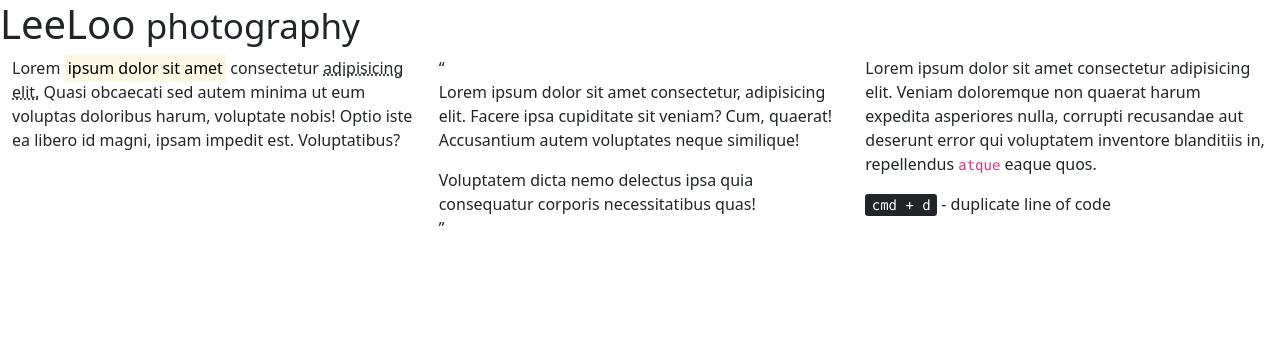
Repository: Zyzik-33/bootstrap-test
Page: index.html
The author's editor kept a copy of each file at every save. The page is drawn from the files as they stood at one save, then again after the next save.
The browser window is 1280 px wide. The pictures show the whole page.

Above is the page before, as saved 2021-01-27 14:52:21.

After the next save:
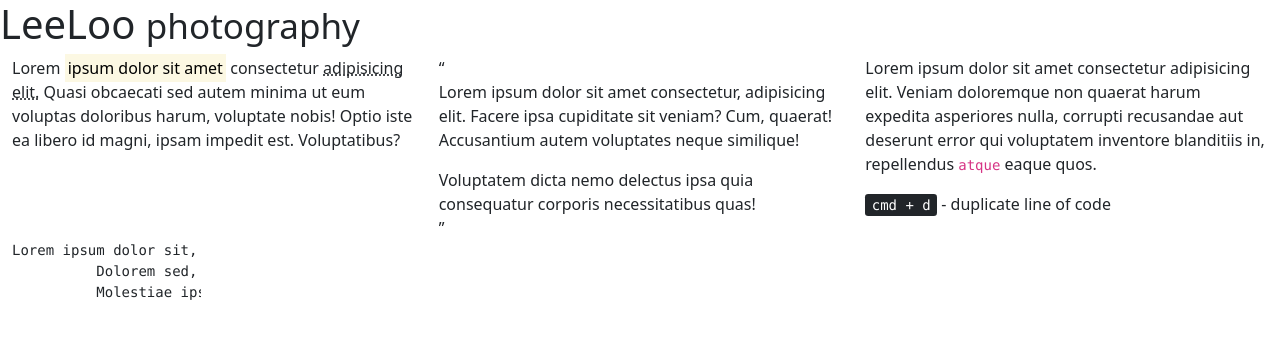
Saved 24 s later.
--- a/index.html
+++ b/index.html
@@ -39,7 +39,9 @@
     </div>
     <div class="row">
       <div class="col-lg-2">
-
+        <pre>Lorem ipsum dolor sit, amet consectetur adipisicing elit.
+          Dolorem sed, soluta excepturi aliquid perferendis aliquam mollitia aut consectetur porro.
+          Molestiae ipsum error, id eligendi nihil quas doloribus non reiciendis tenetur!</pre>
       </div>
       <div class="col-lg-4"></div>
       <div class="col-lg-6"></div>
